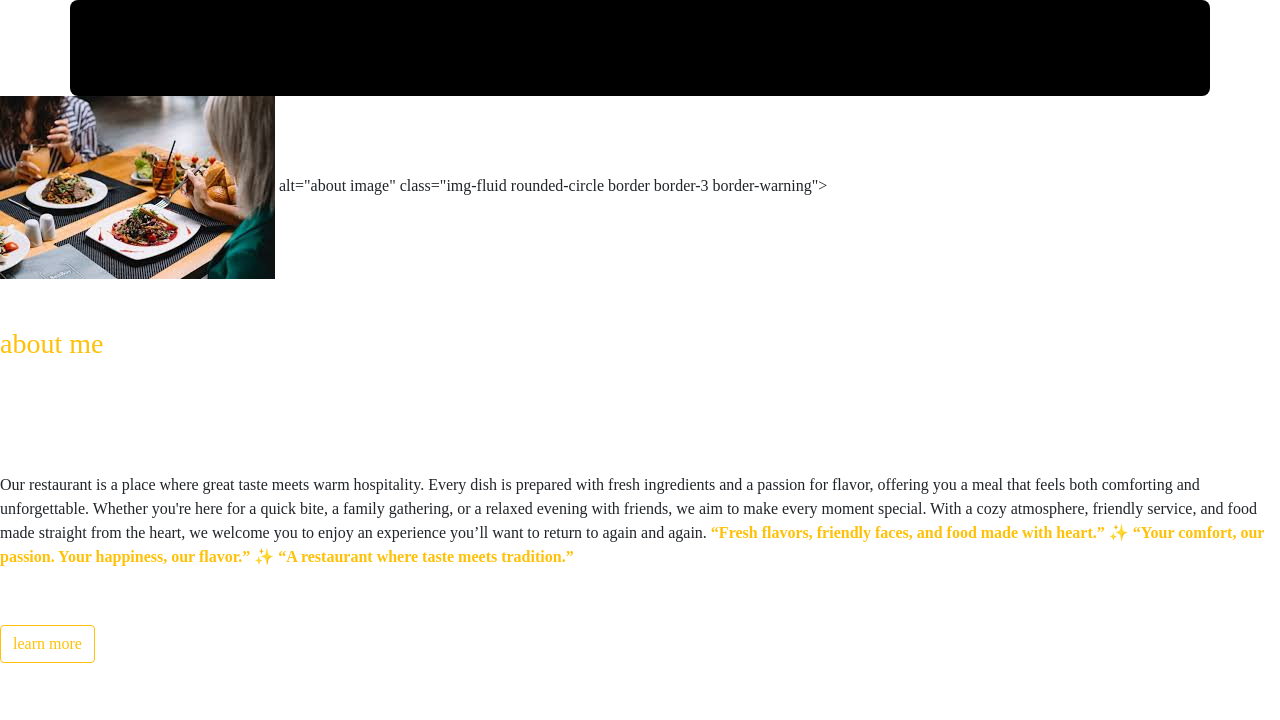
Repository: abeera518/part-2
Page: about.html
An editor plug-in stored every save of this project. The page is shown before and after a run of saves, followed by the edit.
The browser window is 1280 px wide. The pictures show the whole page.

Above is the page before, as saved 2025-11-20 23:24:33.

### about.html
<html lang="en">

<head>
    <meta charset="UTF-8">
    <meta name="viewport" content="width=device-width, initial-scale=1.0">
    <link href="https://cdn.jsdelivr.net/npm/bootstrap@5.0.2/dist/css/bootstrap.min.css" rel="stylesheet"
        integrity="sha384-EVSTQN3/azprG1Anm3QDgpJLIm9Nao0Yz1ztcQTwFspd3yD65VohhpuuCOmLASjC" crossorigin="anonymous">
    <link rel="stylesheet" href="style.css">
    <title>Document</title>
</head>

<body>
    <div id="about" class="container about p-5"></div>
    <div class="row"></div>
    <div class="col-6"></div>
    <img src=download.jpg> alt="about image" class="img-fluid rounded-circle border border-3 border-warning">
    <div class="col-6 pt-5 pl-5 pb-5 text-white">
        <h3 class="text-warning">about me</h3>
        <h1 class="m-heading">a little bit about me</h1>
    </div>
    <p>
        <b class="text-warning"> </b>Our restaurant is a place where great taste meets warm hospitality. Every dish is prepared with fresh ingredients and a
        passion for flavor, offering you a meal that feels both comforting and unforgettable. Whether you're here for a quick
        bite, a family gathering, or a relaxed evening with friends, we aim to make every moment special. With a cozy
        atmosphere, friendly service, and food made straight from the heart, we welcome you to enjoy an experience you’ll want
        to return to again and again. <b class="text-warning">
            “Fresh flavors, friendly faces, and food made with heart.”

            ✨ “Your comfort, our passion. Your happiness, our flavor.”

            ✨ “A restaurant where taste meets tradition.”
        </b>
    </p>
    <br />
    <p>
        <b class="text-warning">
    </p>
    <button class="btn btn-outline-warning">learn more</button>
</body>

</html>

### style.css
html {
    scroll-behavior: smooth;
}

body {
    background-color: black(9, 83, 148);
    font-family: "Baloo Tamma 2", cursive;
}

.m-heading {
    font-family: "Roboto slab", serif;
}

.text-white {
    color: rgb(218, 23, 23);
}

.main-container {
    height: 100vh;
    display: flex;
    justify-content: center;
    align-items: center;
    flex-direction: column;
    background-image: url(download.jpg);
    background-repeat: no-repeat;
    background-size: cover;
    background-attachment: fixed;
}

.main row {
    display: flex;
    justify-content:
        center;
    align-items: center;
}

.main row h1 {
    font-size: 5rem
}

.main_row img {
    width: auto;
    height: 100vh;
}

.about {
    background: black;
    border-radius: 0.5rem;
}

.card {
    border-bottom: 8px solid
}

After the next 7 saves:
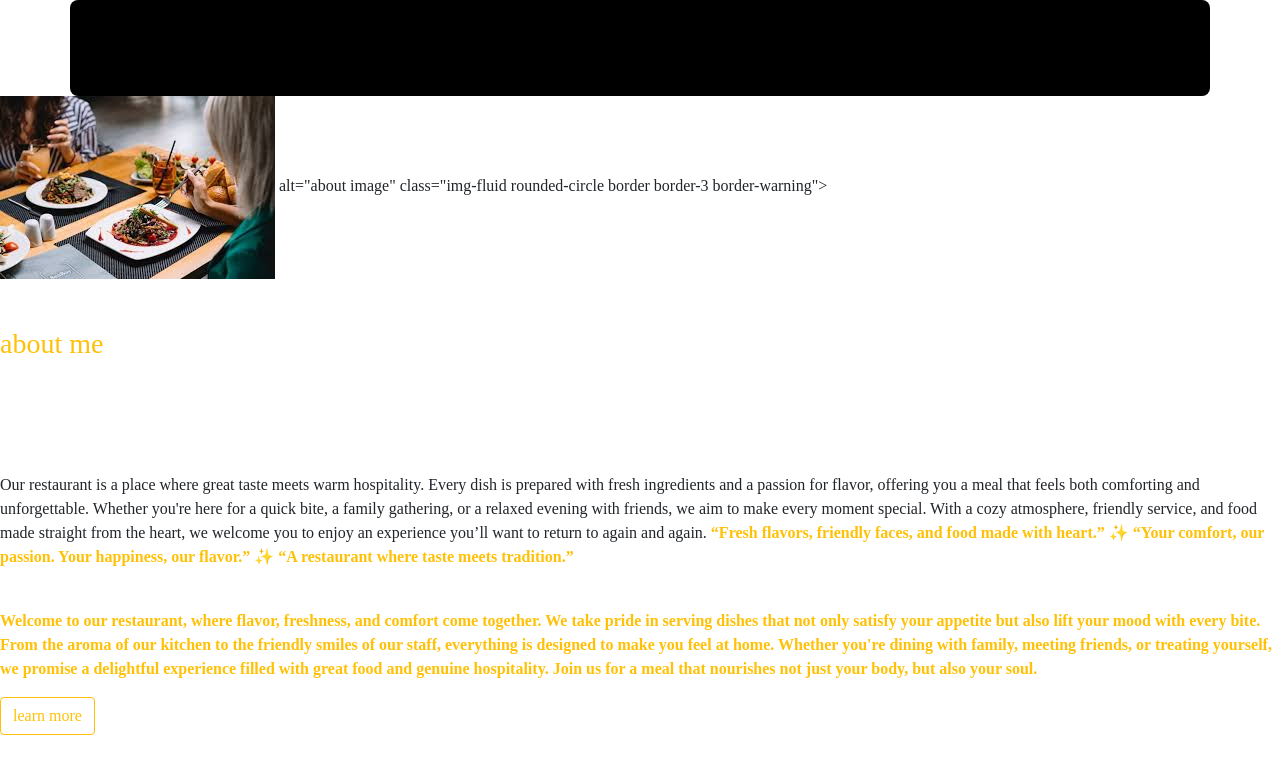
The 7 saves are shown as one change because they came seconds apart.
The last was saved 35 s later.
--- a/about.html
+++ b/about.html
@@ -33,7 +33,11 @@
     </p>
     <br />
     <p>
-        <b class="text-warning">
+        <b class="text-warning">Welcome to our restaurant, where flavor, freshness, and comfort come together. We take pride in serving dishes that not
+        only satisfy your appetite but also lift your mood with every bite. From the aroma of our kitchen to the friendly smiles
+        of our staff, everything is designed to make you feel at home. Whether you're dining with family, meeting friends, or
+        treating yourself, we promise a delightful experience filled with great food and genuine hospitality. Join us for a meal
+        that nourishes not just your body, but also your soul. </b>
     </p>
     <button class="btn btn-outline-warning">learn more</button>
 </body>
